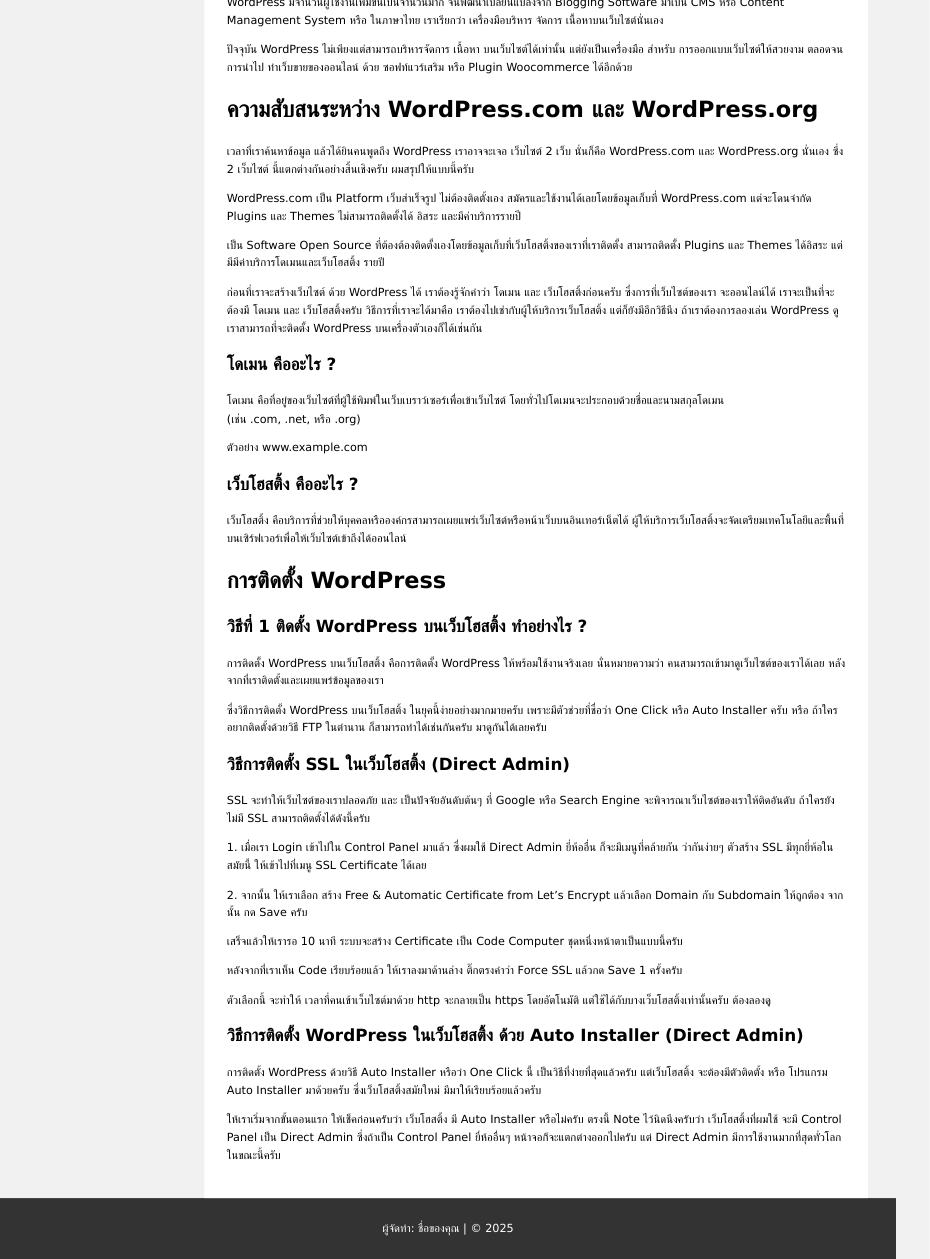
Repository: staggil/thesis
Page: lessons/intro.html
An editor plug-in stored every save of this project. The page is shown before and after the next save, followed by the edit.
The browser window is 1280 px wide. The page is 1328 px wide, so the pictures cover 1328 px, including what lies to the right of the window. The pictures show the part of the page from y = 932 to 2772 px (the page is 2730 px tall before and 2772 px after), at 70% of full size.
The page's requests for data from a server got no answer.

Above is the page before, as saved 2025-12-15 04:32:18.

After the next save:
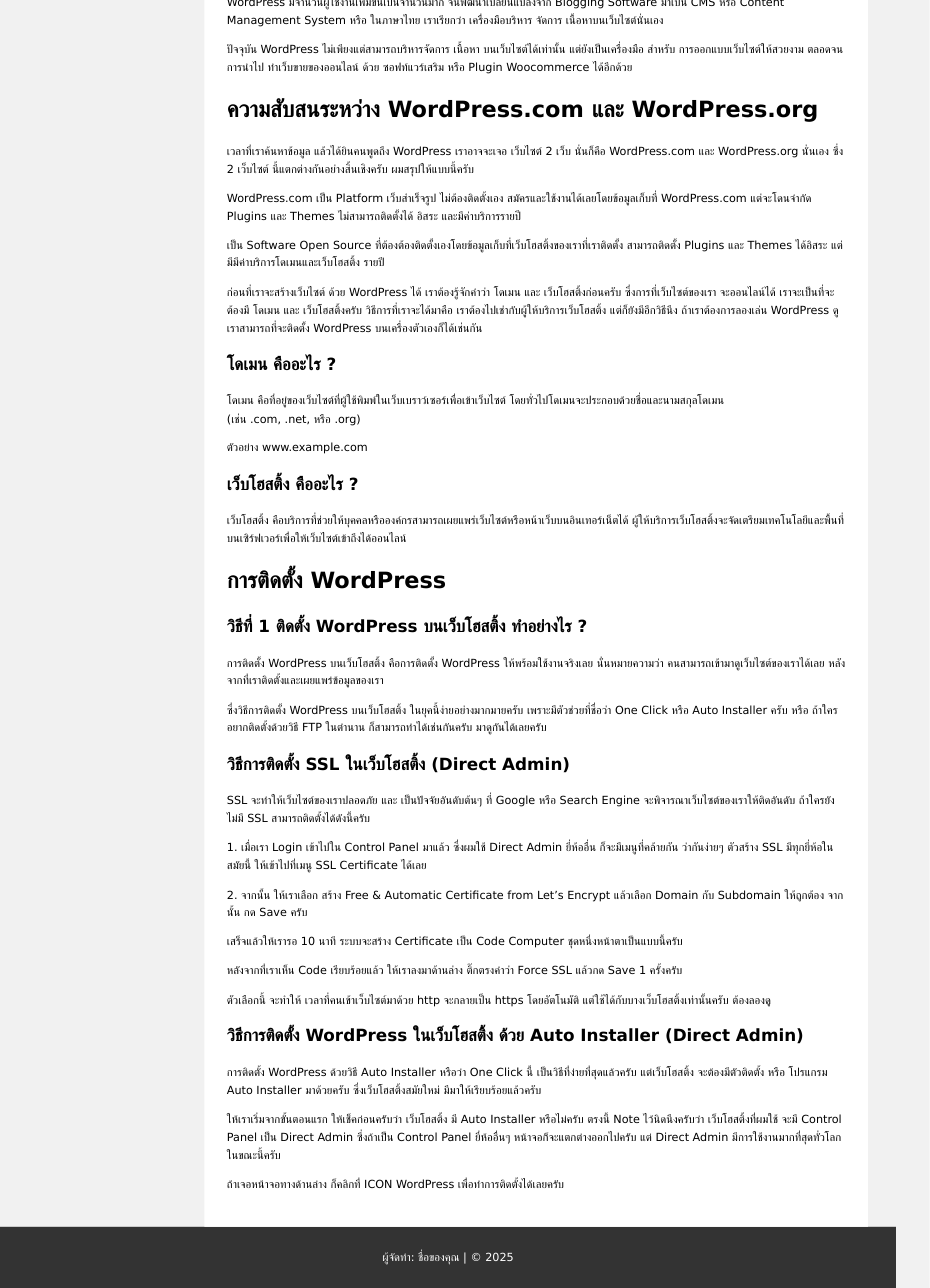
Saved 25 s later.
--- a/lessons/intro.html
+++ b/lessons/intro.html
@@ -95,6 +95,7 @@
             <p>ให้เราเริ่มจากขั้นตอนแรก ให้เช็คก่อนครับว่า เว็บโฮสติ้ง มี Auto Installer หรือไม่ครับ ตรงนี้ Note ไว้นิดนึงครับว่า เว็บโฮสติ้งที่ผมใช้
                  จะมี Control Panel เป็น Direct Admin ซึ่งถ้าเป็น Control Panel ยี่ห้ออื่นๆ หน้าจอก็จะแตกต่างออกไปครับ แต่ Direct Admin
                   มีการใช้งานมากที่สุดทั่วโลกในขณะนี้ครับ</p>
+            <p>ถ้าเจอหน้าจอทางด้านล่าง ก็คลิกที่ ICON WordPress เพื่อทำการติดตั้งได้เลยครับ</p>
 
     </main>
 </div>
